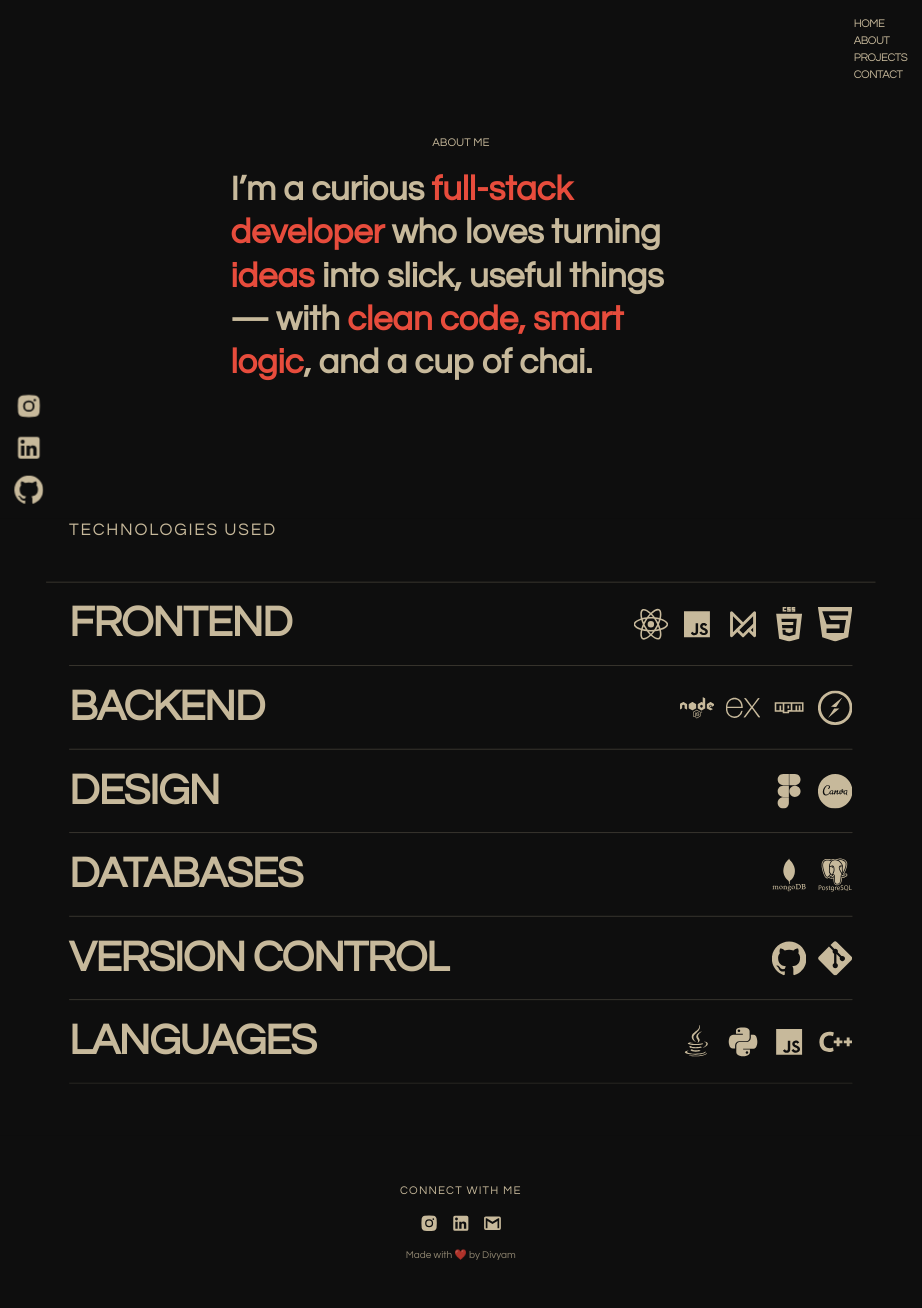
Repository: divyamGNH/DivyamPF
Page: /about
These files come from the project's save history. The page is drawn as it stood at one moment and after the next save; the edit follows.
The browser window is 1280 px wide. The pictures show the whole page, at 72% of full size.
The project was rebuilt for these pictures with package versions that can differ from the ones it lists, and the page was loaded fresh each time. Also part of the build but not shown: vite.config.js, src/App.css, src/components/MaskLayer.jsx, src/pages/Landing.jsx, src/pages/topProjects.jsx, src/pages/Home.jsx, src/pages/TimeLine.jsx.

Above is the page before, as saved 2025-12-21 01:33:13.

### index.html
<!doctype html>
<html lang="en">
  <head>
    <meta charset="UTF-8" />
    <meta name="viewport" content="width=device-width, initial-scale=1.0" />
    <title>DivyamPF</title>
    <link href="https://fonts.googleapis.com/css2?family=Poppins:wght@100..900&family=Questrial&display=swap" rel="stylesheet">
  </head>
  <body>
    <div id="root"></div>
    <script type="module" src="/src/main.jsx"></script>
  </body>
</html>

### src/App.jsx
import { BrowserRouter as Router, Routes, Route } from "react-router-dom";
import "./App.css";

import Home from "./pages/Home";
// import { MouseProvider } from "./Context/MouseContext.jsx";
import About from "./pages/About.jsx";

import useMouseTracking from "./Hooks/useMouseTracking.js";
import CursorFollower from "./components/CursorFollower.jsx";
import Footer from "./pages/Footer.jsx";

function App() {

  useMouseTracking();

  return (
      <Router>
        <CursorFollower/>

        <Routes>
          <Route path="/" element={<Home />} />
          <Route path="/about" element={<About />} />
          {/* <Route path="/contact" element={<Contact />} /> */}
        </Routes>

        <Footer/>
      </Router>

  );
}

export default App;

### src/index.css
@import url('https://fonts.googleapis.com/css2?family=Poppins:wght@100..900&family=Questrial&display=swap');
@import "tailwindcss";

body {
  margin: 0;
  background-color: #0E0E0E;
  font-family: 'Questrial', sans-serif;
}

### src/pages/About.jsx
import Socials from "./Socials";
import Navigations from "./Navigations";
import AboutLanding from "./AboutLanding";
import TechStack from "./TechStack";
import Footer from "./Footer";
import ScrolltoAnimate from "../animations/ScrolltoAnimate.jsx";
import TimeLine from "./TimeLine.jsx";

const About = () => {
  return (
    <div>
      <Socials />
      <Navigations />
      <AboutLanding/>
      <ScrolltoAnimate>
        <TechStack/>
      </ScrolltoAnimate>

      {/* <div className="h-[10vh]"></div> */}
      {/* <TimeLine/> */}
      <div className="h-[10vh]"></div>
    </div>
  );
};

export default About;

### src/Hooks/useMouseTracking.js
import {useEffect} from "react";
import useMouseStore from "../Store/useMouseStore";

const useMouseTracking = ()=>{
    const setPosition = useMouseStore(state => state.setPosition);

    useEffect(()=>{
        const handleMouseMove = (e) => {
            setPosition(e.clientX, e.clientY);
        };

        window.addEventListener('mousemove', handleMouseMove);

        return () => {
            window.removeEventListener('mousemove', handleMouseMove);
        };
    },[setPosition]);
}

export default useMouseTracking;

### src/components/CursorFollower.jsx
import { motion } from 'framer-motion';
import useMouseStore from '../Store/useMouseStore.js';

const CursorFollower = () => {
  const x = useMouseStore(state => state.x);
  const y = useMouseStore(state => state.y);

  return (
    <>
      <motion.div
        className="cursor-circle"
        style={{
          position: 'fixed',
          width: '40px',
          height: '40px',
          borderRadius: '50%',
          backgroundColor: '#E74C3C',
          pointerEvents: 'none',
          zIndex: 1,
          // mixBlendMode: 'difference',
        }}
        animate={{
          left: x - 20,
          top: y - 20,
        }}
        transition={{
          type: 'spring',
          stiffness: 500,
          damping: 28,
          mass: 0.5,
        }}
      />
    </>
  );
};

export default CursorFollower;

### src/pages/Footer.jsx
function Footer() {
  return (
    <div
      id="footer"
      className="relative w-full max-w-full overflow-x-hidden bg-[#0E0E0E] text-[#C7B99B] py-16 z-1000"
    >
      <div className="flex flex-col items-center text-center gap-5">

        {/* TITLE */}
        <p className="tracking-widest text-md sm:text-base">
          CONNECT WITH ME
        </p>

        {/* SOCIAL ICONS */}
        <div className="flex items-center gap-4">
          <a href="https://www.instagram.com/divvvvvyam/" className="hover:opacity-80 transition" target="_blank" rel="noopener noreferrer">
            <img src="./instaIcon.svg" alt="Instagram" className="w-7 h-7" />
          </a>

          <a href="https://www.linkedin.com/in/divyam-khandelwal-b54594338/" className="hover:opacity-80 transition" target="_blank" rel="noopener noreferrer">
            <img src="./linkedinIcon.svg" alt="LinkedIn" className="w-7 h-7" />
          </a>

          <a href="https://mail.google.com/mail/?view=cm&fs=1&to=divyamproff1521@gmail.com" target="_blank" rel="noopener noreferrer" className="hover:opacity-80 transition">
            <img src="./gmailIcon.svg" alt="Email" className="w-7 h-7" />
          </a>

        </div>

        {/* FOOTER NOTE */}
        <p className="text-sm opacity-70">
          Made with ❤️ by Divyam
        </p>

      </div>
    </div>
  );
}

export default Footer;

### src/pages/Socials.jsx
const Socials = () => {
  return (
    <div>
      <div className="fixed bottom-5 left-5 flex flex-col gap-4.5 z-50">
        <a href="https://www.instagram.com/divvvvvyam/" target="_blank" rel="noopener noreferrer">
          <img src="/instaIcon.svg" alt="Instagram" className="gap-4.5 size-10"/>
        </a>
        <a href="https://www.linkedin.com/in/divyam-khandelwal-b54594338/" target="_blank" rel="noopener noreferrer">
          <img src="/linkedinIcon.svg" alt="LinkedIn" className="gap-4.5 size-10"/>
        </a>
        <a href="http://github.com/divyamGNH" target="_blank" rel="noopener noreferrer">
          <img src="/github.svg" alt="GitHub" className="gap-4.5 size-10"/>
        </a>
      </div>
    </div>
  );
};

export default Socials;

### src/pages/Navigations.jsx
import { animate } from "framer-motion";

const Navigations = () => {
  const handleScroll = () => {
    const footer = document.getElementById("footer");
    if (footer) {
      const targetY = footer.getBoundingClientRect().top + window.pageYOffset;

      animate(window.scrollY, targetY, {
        duration: 1.2,
        ease: [0.42, 0, 0.58, 1], // easeInOut (cubic-bezier curve)

        //This line actually carries the animation visually like updates the animation frame by frame.
        onUpdate: (latest) => window.scrollTo(0, latest),
      });
    }
  };

  return (
    <div className="text-[#C7B99B]">
      <div className="fixed flex flex-col tracking-tighter right-5 top-5 gap-0.8 z-50 text-md">
        <a href="/">HOME</a>
        <a href="/about">ABOUT</a>
        <a href="/projects">PROJECTS</a>
        <a onClick={ handleScroll}>
          CONTACT
        </a>
      </div>
    </div>
  );
};

export default Navigations;

### src/animations/ScrolltoAnimate.jsx
import { motion } from "framer-motion";

export default function ScrolltoAnimate({ children }) {
  return (
    <motion.div
      initial={{ opacity: 0 }}
      whileInView={{ opacity: 1 }}
      exit={{ opacity: 0 }}
      transition={{ duration: 0.6, ease: "easeInOut" }}
      viewport={{ amount: 0.3, once: false }}
    >
      {children}
    </motion.div>
  );
}

### src/pages/AboutLanding.jsx
"use client";

import { useEffect, useState } from "react";
import MaskLayer from "../components/MaskLayer.jsx";
import useMouseStore from "../Store/useMouseStore";

function AboutLanding() {
  const setHover = useMouseStore((s) => s.setHover);
  const setMouse = useMouseStore((s) => s.setMouse);

  const [enableHover, setEnableHover] = useState(false);

  useEffect(() => {
    // cursor outside viewport on load
    setMouse(-9999, -9999);

    const checkDevice = () => {
      const isLargeScreen = window.innerWidth >= 768;
      const hasFinePointer = window.matchMedia("(pointer: fine)").matches;

      setEnableHover(isLargeScreen && hasFinePointer);
    };

    checkDevice();
    window.addEventListener("resize", checkDevice);

    return () => window.removeEventListener("resize", checkDevice);
  }, [setMouse]);

  return (
    <div className="relative min-h-[100svh] w-full max-w-full overflow-x-hidden font-[Questrial] bg-[#0E0E0E]">

      {/* ---------- MASK / HOVER (DESKTOP ONLY) ---------- */}
      {enableHover ? (
        <MaskLayer>
          <div
            onMouseEnter={() => setHover(true)}
            onMouseLeave={() => setHover(false)}
            className="
              absolute top-1/2 left-1/2
              -translate-x-1/2 -translate-y-1/2
              pointer-events-auto
              inline-block
            "
            style={{ background: "transparent" }}
          >
            <div className="pointer-events-none max-w-[800px] text-left">
              <p className="text-[14px] sm:text-[16px] text-black mb-6 text-center">
                ABOUT ME
              </p>

              <p
                className="
                  font-extrabold text-black leading-tight
                  text-xl sm:text-4xl md:text-5xl
                "
              >
                I’ve shipped code at 2AM, broken production by accident, and Googled
                the same bug five times — but hey, that’s how the magic really happens.
              </p>
            </div>
          </div>
        </MaskLayer>
      ) : null}

      {/* ---------- VISIBLE TEXT (ALL DEVICES) ---------- */}
      <div
        className="
          absolute top-1/2 left-1/2
          -translate-x-1/2 -translate-y-1/2
          z-[1]
          max-w-[800px]
          text-left
          scale-[1.15] sm:scale-100
        "
      >
        <p className="text-[14px] sm:text-[16px] text-[#C7B99B] mb-6 text-center">
          ABOUT ME
        </p>

        <p
          className="
            font-extrabold text-[#C7B99B] leading-tight
            text-2xl sm:text-4xl md:text-5xl
          "
        >
          I’m a curious{" "}
          <span className="text-[#E74C3C]">full-stack developer</span>{" "}
          who loves turning{" "}
          <span className="text-[#E74C3C]">ideas</span>{" "}
          into slick, useful things — with{" "}
          <span className="text-[#E74C3C]">clean code, smart logic</span>,
          and a cup of chai.
        </p>
      </div>
    </div>
  );
}

export default AboutLanding;

### src/pages/TechStack.jsx
// Helper function to render icons
function renderIcons(icons) {
  return icons.map((icon, index) => (
    <a
      key={index}
      href={icon.link}
      target="_blank"
      rel="noopener noreferrer"
    >
      <img
        src={icon.src}
        alt={icon.alt || "icon"}
        className="h-10 w-10 sm:h-12 sm:w-12"
      />
    </a>
  ));
}

function StackBlock({ name, icons }) {
  return (
    <div>
      <div
        className="
          flex flex-row justify-between items-center
          px-6 sm:px-10 md:px-16 lg:px-24
          py-5
        "
      >
        {/* STACK NAME — hidden on phones */}
        <p
          className="
            hidden sm:block
            max-w-[60%]
            text-4xl sm:text-5xl md:text-6xl
            font-extrabold uppercase
            tracking-tight leading-tight
          "
        >
          {name}
        </p>

        {/* ICONS — always visible */}
        <div className="flex gap-4 shrink-0">
          {renderIcons(icons)}
        </div>
      </div>

      {/* SEPARATOR */}
      <hr className="opacity-30 mx-6 sm:mx-10 md:mx-16 lg:mx-24" />
    </div>
  );
}

const TechStack = () => {
  const techStacks = [
    {
      name: "Frontend",
      icons: [
        { src: "/reactIcon.svg", link: "https://reactjs.org/", alt: "React" },
        { src: "/jsIcon.svg", link: "https://developer.mozilla.org/en-US/docs/Web/JavaScript", alt: "JavaScript" },
        { src: "/framerIcon.svg", link: "https://www.framer.com/motion/", alt: "Framer Motion" },
        { src: "/cssIcon.svg", link: "https://developer.mozilla.org/en-US/docs/Web/CSS", alt: "CSS" },
        { src: "/htmlIcon.svg", link: "https://developer.mozilla.org/en-US/docs/Web/HTML", alt: "HTML" },
      ],
    },
    {
      name: "Backend",
      icons: [
        { src: "/nodeIcon.svg", link: "https://nodejs.org/", alt: "Node.js" },
        { src: "/expressIcon.svg", link: "https://expressjs.com/", alt: "Express.js" },
        { src: "/npmIcon.svg", link: "https://www.npmjs.com/", alt: "npm" },
        { src: "/socketioIcon.svg", link: "https://www.npmjs.com/", alt: "Socket.io" },
      ],
    },
    {
      name: "Design",
      icons: [
        { src: "/figmaIcon.svg", link: "https://www.figma.com/", alt: "Figma" },
        { src: "/canvaIcon.svg", link: "https://www.canva.com/", alt: "Canva" },
      ],
    },
    {
      name: "Databases",
      icons: [
        { src: "/mongodbIcon.svg", link: "https://www.mongodb.com/", alt: "MongoDB" },
        { src: "/postgresIcon.svg", link: "https://www.postgresql.org/", alt: "PostgreSQL" },
      ],
    },
    {
      name: "Version Control",
      icons: [
        { src: "/github.svg", link: "https://github.com/", alt: "GitHub" },
        { src: "/gitIcon.svg", link: "https://git-scm.com/", alt: "Git" },
      ],
    },
    {
      name: "Languages",
      icons: [
        { src: "/javaIcon.svg", link: "https://www.oracle.com/java/", alt: "Java" },
        { src: "/pythonIcon.svg", link: "https://www.python.org/", alt: "Python" },
        { src: "/jsIcon.svg", link: "https://developer.mozilla.org/en-US/docs/Web/JavaScript", alt: "JavaScript" },
        { src: "/cppIcon.svg", link: "https://isocpp.org/", alt: "C++" },
      ],
    },
    // {
    //   name: "Libraries",
    //   icons: [
    //     { src: "/numpyIcon.svg", link: "https://numpy.org/", alt: "NumPy" },
    //     { src: "/pandasIcon.svg", link: "https://pandas.pydata.org/", alt: "Pandas" },
    //     { src: "/matplotlibIcon.svg", link: "https://matplotlib.org/", alt: "Matplotlib" },
    //   ],
    // },
  ];

  return (
    <div className="relative w-full max-w-full overflow-x-hidden bg-[#0E0E0E] text-[#C7B99B]">

      {/* SCALE WRAPPER (phone only) */}
      <div className="scale-[0.85] sm:scale-100 origin-top">

        {/* SECTION TITLE */}
        <p
          className="
            text-xl sm:text-2xl
            px-6 sm:px-10 md:px-16 lg:px-24
            mb-14 tracking-widest
          "
        >
          TECHNOLOGIES USED
        </p>

        <div>
          <hr className="opacity-30 mx-6 sm:mx-10 md:mx-16 lg:px-24" />

          {techStacks.map((stack, index) => (
            <StackBlock
              key={index}
              name={stack.name}
              icons={stack.icons}
            />
          ))}
        </div>
      </div>
    </div>
  );
};

export default TechStack;

### src/Store/useMouseStore.js
import { create } from "zustand";

const useMouseStore = create((set) => ({
  // State
  x: 0,
  y: 0,
  hover: false,   // NEW BOOLEAN STATE

  // Actions
  setPosition: (x, y) => set({ x, y }),
  setHover: (value) => set({ hover: value }),  // NEW ACTION
  setMouse:(x,y) => set({x,y}),
}));

export default useMouseStore;

Loaded but not shown: src/main.jsx (common file)

After the next save:
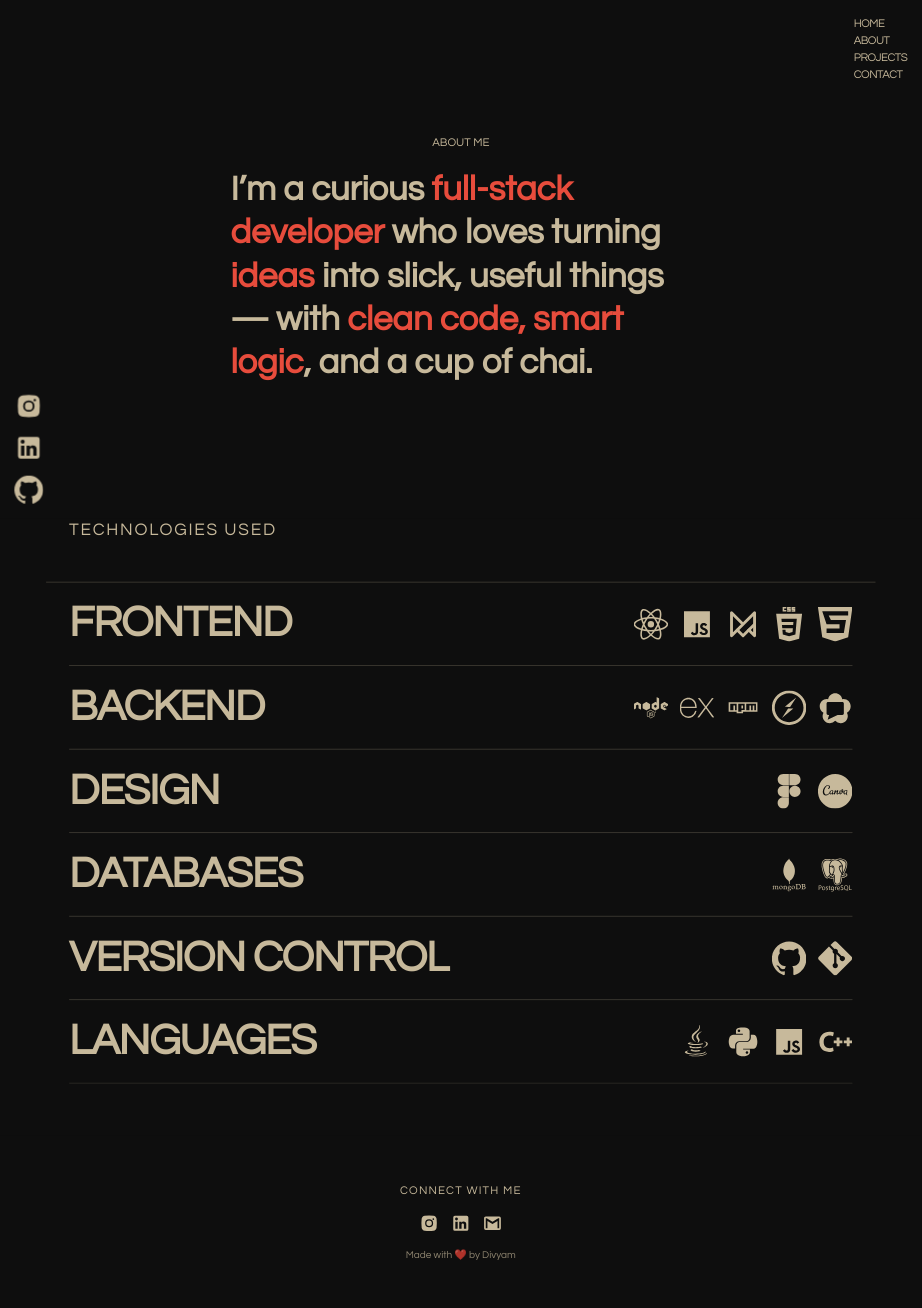
Saved 50 s later.
--- a/src/pages/TechStack.jsx
+++ b/src/pages/TechStack.jsx
@@ -70,6 +70,7 @@
         { src: "/expressIcon.svg", link: "https://expressjs.com/", alt: "Express.js" },
         { src: "/npmIcon.svg", link: "https://www.npmjs.com/", alt: "npm" },
         { src: "/socketioIcon.svg", link: "https://www.npmjs.com/", alt: "Socket.io" },
+        { src: "/webRTCIcon.svg", link: "https://www.npmjs.com/", alt: "webRTC" },
       ],
     },
     {
